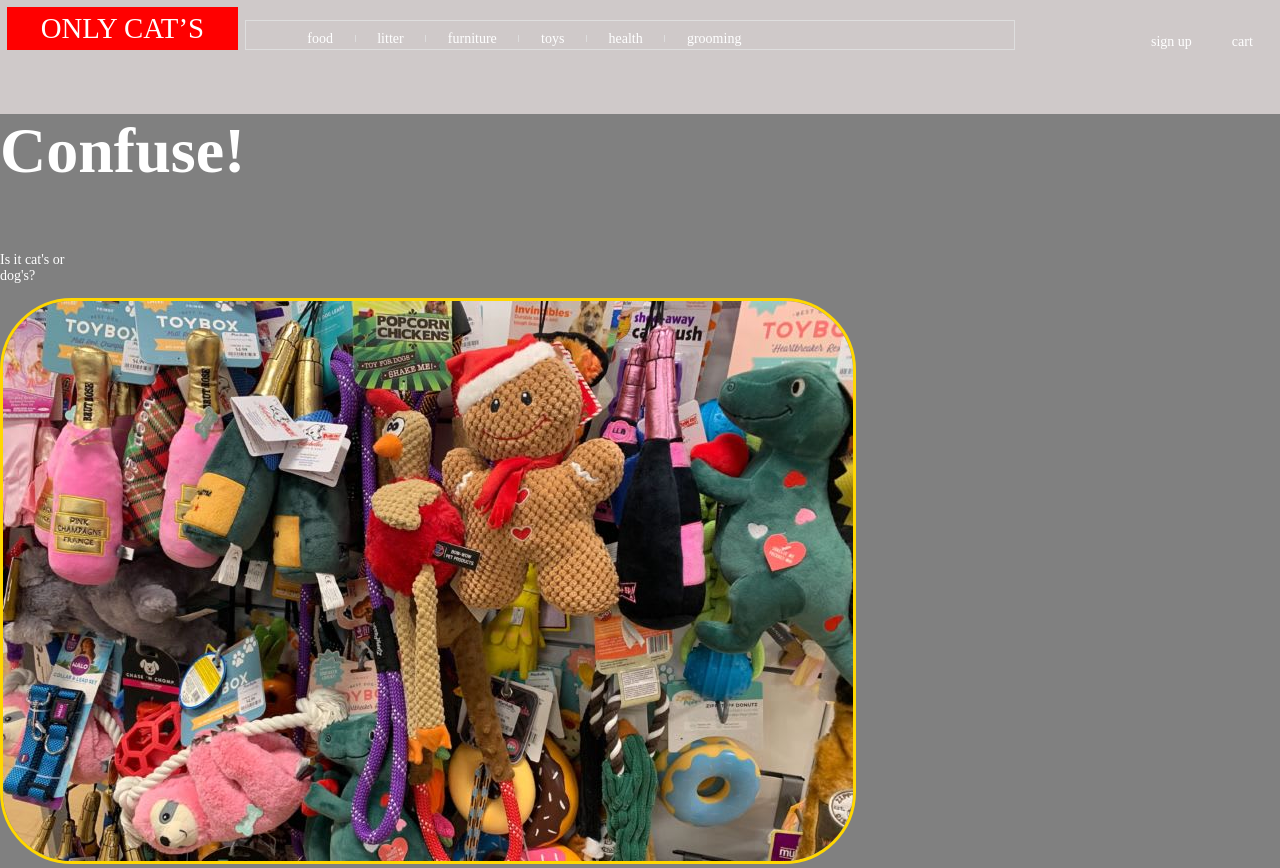
Repository: itson1115/chan_git
Page: cat/index2.html
The author's editor kept a copy of each file at every save. The page is drawn from the files as they stood at one save, then again after a run of saves.
The browser window is 1280 px wide. The pictures show the whole page.

Above is the page before, as saved 2021-09-02 04:22:49.

### cat/index2.html
<!DOCTYPE html>
<html lang="ko">
<head>
  <meta charset="UTF-8">
  <meta http-equiv="X-UA-Compatible" content="IE=edge">
  <meta name="viewport" content="width=device-width, initial-scale=1.0">
  <title>Document</title>
  <link rel="stylesheet" href="css/style2.css">
</head>
<body>
  <header>
    <div class="logo">ONLY CAT’S</div>
    <div class="navi">
      <nav>
        <ul>
          <li>food</li>
          <li>litter</li>
          <li>furniture</li>
          <li>toys</li>
          <li>health</li>
          <li>grooming</li>
        </ul>
      </nav>
    </div>
    <div class="my">
      <span>sign up</span><span>cart</span>
    </div>
  </header>
  <section class="container">
    <article class="confuse">
      <h1>Confuse!</h1>
      <p>Is it cat's or<br/>dog's?</p>
      <img src="images/toys.jpg"/>
    </article>
  </section>
</body>
</html>

### cat/css/style2.css
@import url("https://fonts.googleapis.com/css?family=Roboto:700");

:root {
  --title-text-show-delay: 0.5s;
  --title-text-show-duration: 0.5s;
  --title-rect-show-duration: 0.3s;
  --title-cats-show-duration: 0.4s;
  --title-rect-hide-delay: 2s;
}

body {
  margin: 0;
  padding: 0;
  background: #cfc9c9;
  color: white;
  font-size: 14px;
}

header {
  position: relative;
  height: 7vmin;
}

h1 {
  font-size: 4rem;
}

header .logo {
  margin: 1vmin 1vmin;
  float: left;
  width: 18vmax;
  height: 6vmin;
  background: red;
  text-align: center;
  font-size: 1.8rem;
  line-height: 6vmin;
}

header .navi {
  position: absolute;
  bottom: 0;
  border: 1px solid #dedede;
  display: inline-block;
  width: 60vmax;
  height: 4vmin;
  float: left;
}

header nav {
  text-align: center;
  line-height: 1vmin;
}

header nav ul {
  list-style-type: none;
  /* padding-left: 0; */
}

header nav li {
  float: left;
  padding: 0 3vmin;
  border-right: 1px solid #dedede;
}

header nav li:nth-last-child(1) {
  border-right: none;
}

header nav li:hover {
  color: #000;
  cursor: grab;
}

header::after {
  display: block;
  content: "";
  clear: both;
}

header .my {
  position: absolute;
  right: 1vmin;
  bottom: 0;
  display: inline-block;
}
header .my span {
  padding: 0 20px;
}
section.container {
  background: grey;
}

section > article.confuse > img {
  border: 3px solid gold;
  border-radius: 72px;
}

After the next 2 saves:
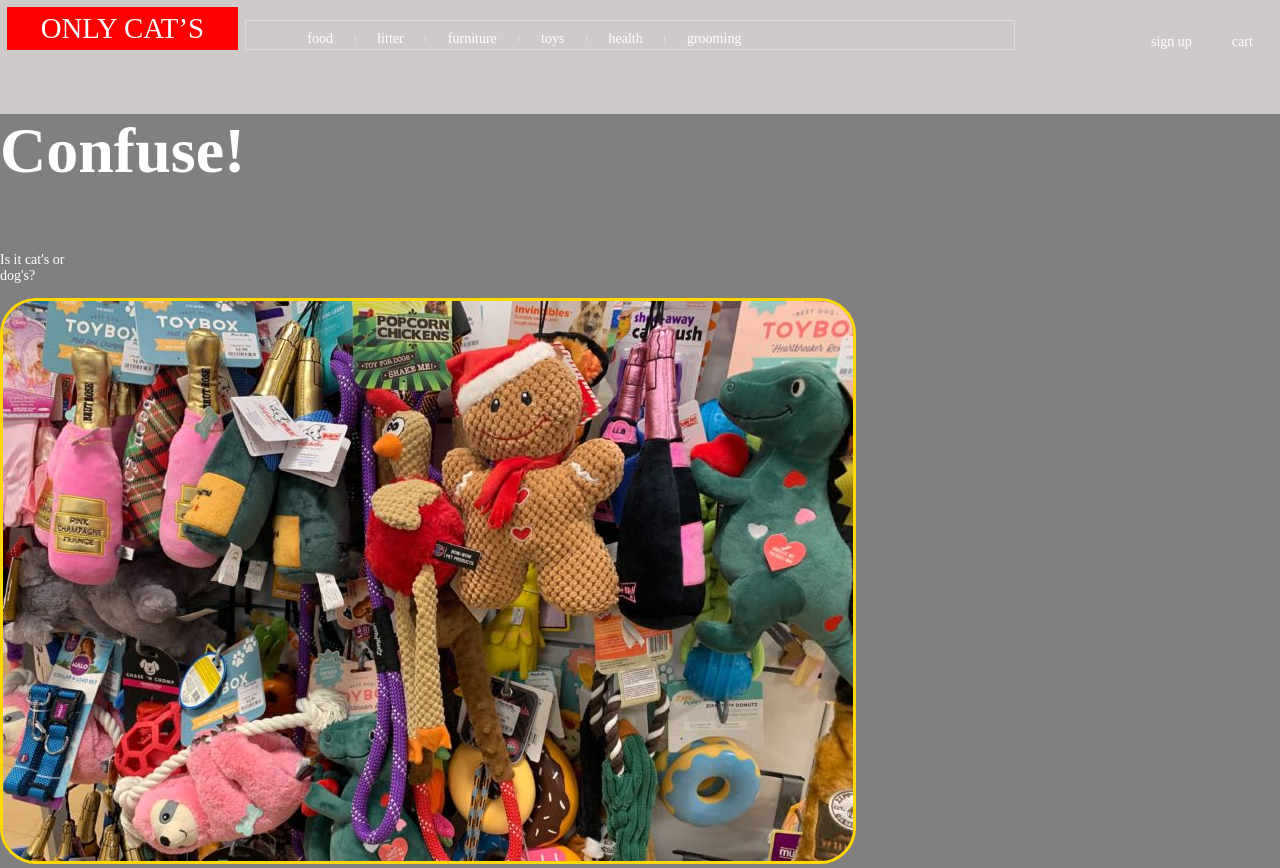
The 2 saves are shown as one change because they came seconds apart.
The last was saved 14 s later.
--- a/cat/css/style2.css
+++ b/cat/css/style2.css
@@ -92,5 +92,5 @@
 
 section > article.confuse > img {
   border: 3px solid gold;
-  border-radius: 72px;
+  border-radius: 5vmin;
 }
